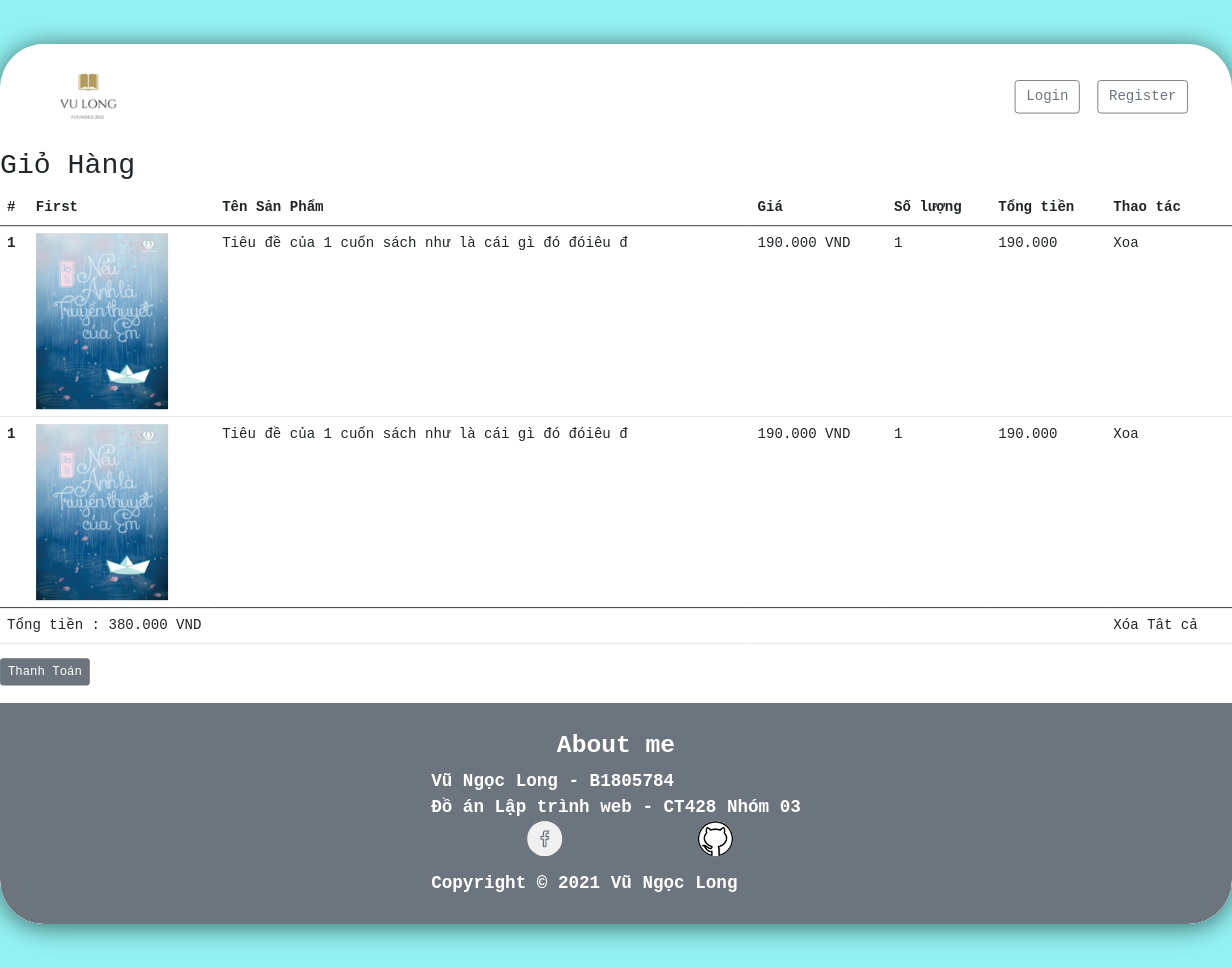
Repository: VuNgocLong2626/exercise_web_CT428
Page: VuNgocLongB1805784/user/giohang.html
An editor plug-in stored every save of this project. The page is shown before and after the next save, followed by the edit.
The browser window is 1280 px wide. The page is 1400 px wide, so the pictures cover 1400 px, including what lies to the right of the window. The pictures show the whole page, at 88% of full size.

Above is the page before, as saved 2021-10-05 14:37:23.

### VuNgocLongB1805784/user/giohang.html
<!DOCTYPE html>
<html lang="en">
<head>
    <meta charset="UTF-8">
    <meta http-equiv="X-UA-Compatible" content="IE=edge">
    <meta name="viewport" content="width=device-width, initial-scale=1.0">
    <link href="https://cdn.jsdelivr.net/npm/bootstrap@5.0.2/dist/css/bootstrap.min.css" rel="stylesheet" integrity="sha384-EVSTQN3/azprG1Anm3QDgpJLIm9Nao0Yz1ztcQTwFspd3yD65VohhpuuCOmLASjC" crossorigin="anonymous">
    <link rel="stylesheet" href="./css/test.css">
    <title>Chi Tiết Sản Phẩm</title>
</head>
<body>
    <div class="main-contens">
        <div class="header">
            <a href="#"><img src="./image/logo120.png" alt="hinh logo" style="margin-left: 40px;"></a>
            <div class="from-individual">
                <button type="button" class="btn btn-outline-secondary" style="margin-right: 20px;">Login</button>
                <button type="button" class="btn btn-outline-secondary">Register</button>
            </div>
        </div>

        <div class="all-cart">
            <h2>Giỏ Hàng</h2>
            <table class="table">
                <thead>
                  <tr>
                    <th scope="col">#</th>
                    <th scope="col">First</th>
                    <th scope="col">Tên Sản Phẩm</th>
                    <th scope="col">Giá</th>
                    <th scope="col">Số lượng</th>
                    <th scope="col">Tổng tiền</th>
                    <th scope="col">Thao tác</th>
                  </tr>
                </thead>
                <tbody>
                  <tr>
                    <th scope="row">1</th>
                    <td><img src="./image/TT1.jpg" style="width: 150px; height: 200px;" alt=""></td>
                    <td>Tiêu đề của 1 cuốn sách như là cái gì đó đóiêu đ</td>
                    <td>190.000 VND</td>
                    <td>1</td>
                    <td>190.000</td>
                    <td>Xoa</td>
                  </tr>
                  <tr>
                    <th scope="row">1</th>
                    <td><img src="./image/TT1.jpg" style="width: 150px; height: 200px;" alt=""></td>
                    <td>Tiêu đề của 1 cuốn sách như là cái gì đó đóiêu đ</td>
                    <td>190.000 VND</td>
                    <td>1</td>
                    <td>190.000</td>
                    <td>Xoa</td>
                  </tr>
                </tbody>
                <tr>
                    <td colspan="6">Tổng tiền : 380.000 VND</td>
                    <td>Xóa Tât cả</td>
                </tr>
            </table>
            <a href="#" class="btn btn-secondary btn-sm" style="margin: auto;">Thanh Toán</a>
        </div>

        <footer>
            <h3 style="font-weight: bold;">About me</h3>
            <div class=>
                <div>Vũ Ngọc Long - B1805784
                    <br>
                    Đồ án Lập trình web - CT428 Nhóm 03
                </div>
                <ul style="list-style: none; display: flex;">
                    <li><a href="#" target="_blank"><img src="./image/fb.png" alt="Github icon" style="width: 40px;height: 40px; border-radius: 200px;"></a></li>
                    <li><a href="#" target="_blank"><img src="./image/github.png" alt="Linked icon" style="width: 40px;height: 40px; border-radius: 200px;"></a></li>
                </ul>
                <div>
                    Copyright © 2021 Vũ Ngọc Long
                </div>
            </div>
        </footer>
    </div>
</body>
</html>

### VuNgocLongB1805784/user/css/test.css
* {
    margin: 0;
    padding: 0;
    box-sizing: border-box;
  }

body{
    font-family: 'Courier New', Courier, monospace;
    /* font-family: 'Times New Roman', Times, serif; */
    background-color: rgb(147, 243, 243);
}

.main-contens{
    overflow: auto;
    display: block;
    width: 1400px;
    height: 100%;
    background-color: white;
    margin: 50px auto;
    border-radius: 50px;
    box-shadow:0 3px 30px 0 rgba(0, 0, 0, 0.6);
}

/* header{
    z-index: 1200;
    position: -webkit-sticky;
    position: sticky;
    background-color: red;
    width: 100%;
    height: 100px;
} */

.header{

    position: -webkit-sticky;
    position: sticky;
    height: 120px;
    width: 100%;
    /* background-color: brown;  */
    z-index: 3333;
    justify-content: space-between;
    display: flex;
    align-items: center;
    left: 0;
    top: 0;
}

.from-individual{
    justify-content: flex-end;
    display: flex;
    margin-right: 50px;
}

/* .fa{
    display: inline-block;
    font: normal normal normal 14px/1 FontAwesome;
    text-rendering: auto;
    -webkit-font-smoothing: antialiased;
}

.fa-login{
    content: "\f090";
} */

.login{
    padding: 10px;
}

.register{
    padding: 10px;
}

.main-contens .baner{
    display: flexbox;
    margin: auto;
    /* background: violet; */
    background-image: none;
    background-repeat: no-repeat;
    background-position: center center;
    background-size: cover;
    width: 95%;
    height: 484px;
    margin: auto;
    margin-top: 20px;

}
.baner img{
    box-shadow:0 3px 20px 0 rgba(0, 0, 0, 0.6);
    border-radius: 100px;
    display: block;
    width: 100%;
    height: 474px;
}


.selling-products{
    overflow: auto;
    margin-top: 20px;
    /*  background-color: lawngreen; */
    width: 100%;
    height: 450px;
    /* display: flex; */
}

.selling-products .selling{
    width: 47%;
    height: 320px;
    overflow: auto;
    background-color: #f1f1f1;
    margin: 10px auto;
    box-shadow:0 3px 10px 0 rgba(0, 0, 0, 0.6);
    border-radius: 20px;
    /* padding: 20px; */
    /* font-size: 30px; */
}

.row-style{
    width: 658px;
    height: 320px;
}

.selling-products .title{
    display: block;
    width: 100%;
    height: 15%;
    /* background-color: #f1f1f1; */
    margin: 10px auto;
    padding-left: 40px;
    font-size: 35px;
    font-weight: bold;
    color: #6c757d;

}

.information-hot{
    display: flex;
    width: 100%;
    height: 350px;
}

.title-hot{
    margin: 20px 0;
    font-size: 20px;
    font-weight: bold;
}

.content-hot{
    height: 210px;
    width: 360px;
    overflow: auto;
}

.btn-hot{
    margin: 0 60px;
    font-size: 18px;
    width: 200px;
}

.all-products{
    overflow: auto;
    margin-top: 40px;
    /* background-color: red; */
    width: 100%;
    height: 1500px;
}

.all-products nav{
    overflow: auto;
    margin-top: 10px;
    width: 100%;
    height: 50px;
    /* background-color: rgb(52, 226, 12); */
    display: flex;
    justify-content: center;
}

nav > button{
    margin: 0 20px;
}

.all-products .products{
    /* display: flexbox; */
    overflow: auto;
    width: 100%;
    height: 1400px;
    /* background-color: gold; */
    /* justify-items: center;
    align-content: center; */
    padding-left: 60px;
}

.books{
    overflow: auto;
    float: left;
    width: 22%;
    height: 420px;
    background-color: #f1f1f1;
    margin: 13px 13px;
    border-radius: 20px;
}

.books:hover{
    box-shadow:0 3px 10px 0 rgba(0, 0, 0, 0.6);
    border-radius: 20px;
}

footer{
    height: 251px;
    border-radius: 0 0 50px 50px;
    width: 100%;
    background-color: #6c757d;
    margin-top: 20px;
    padding: 30px 0;
    display: flex;
    flex-direction: column;
    justify-content: center;
    align-items: center;
    color: white;
    font-size: 20px;
    font-weight: bold;
}

footer li{
    margin: auto;
}

.from-detail{
    /* overflow: auto; */
    margin: auto;
    height: 100%;
    width: 60%;
    background-color: #f1f1f1;
    border-radius: 50px;
}

.from-detail:hover{
    box-shadow:0 3px 10px 0 rgba(0, 0, 0, 0.6);
}

After the next save:
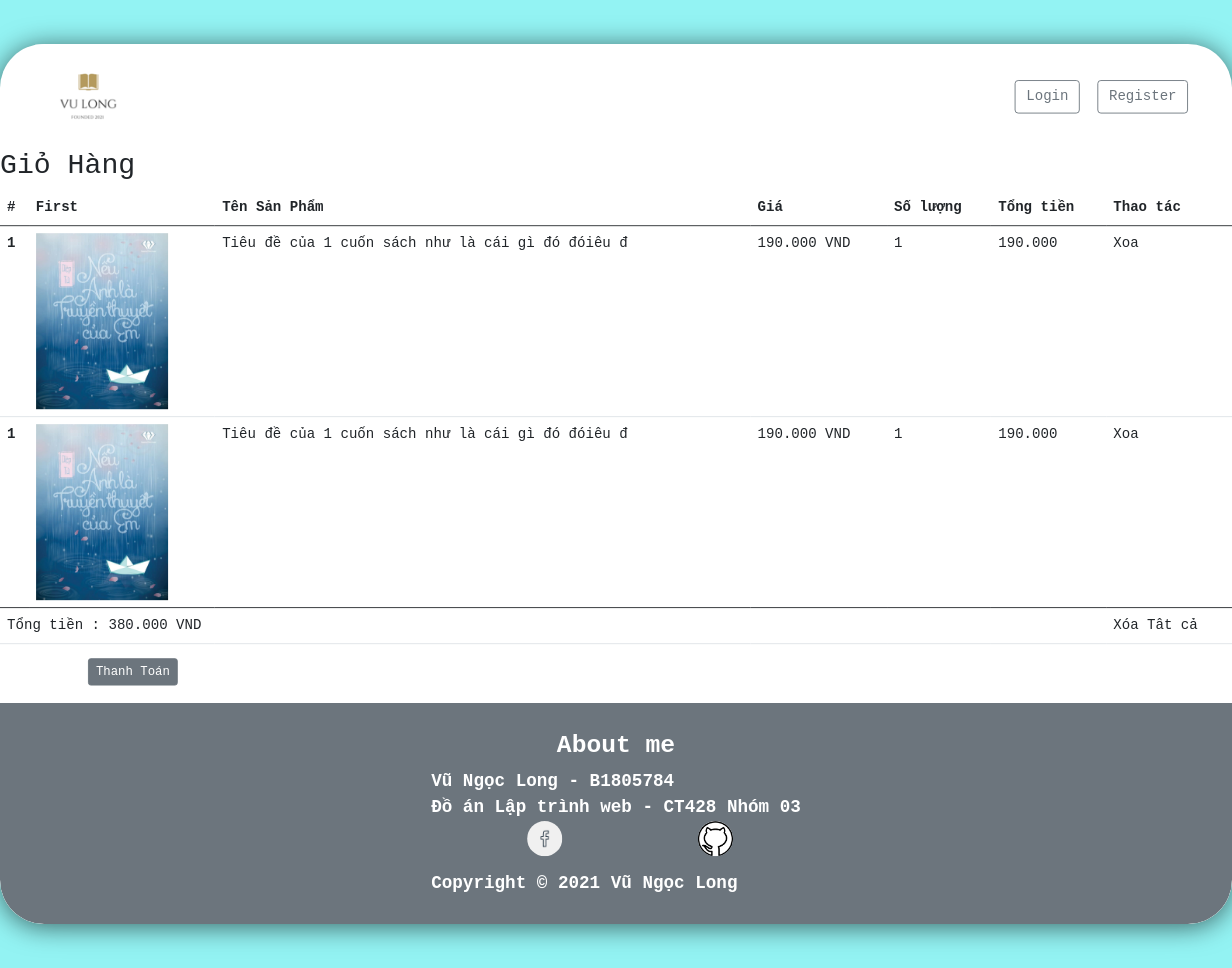
Saved 11 s later.
--- a/VuNgocLongB1805784/user/giohang.html
+++ b/VuNgocLongB1805784/user/giohang.html
@@ -57,7 +57,7 @@
                     <td>Xóa Tât cả</td>
                 </tr>
             </table>
-            <a href="#" class="btn btn-secondary btn-sm" style="margin: auto;">Thanh Toán</a>
+            <a href="#" class="btn btn-secondary btn-sm" style="margin-left: 100px;">Thanh Toán</a>
         </div>
 
         <footer>
